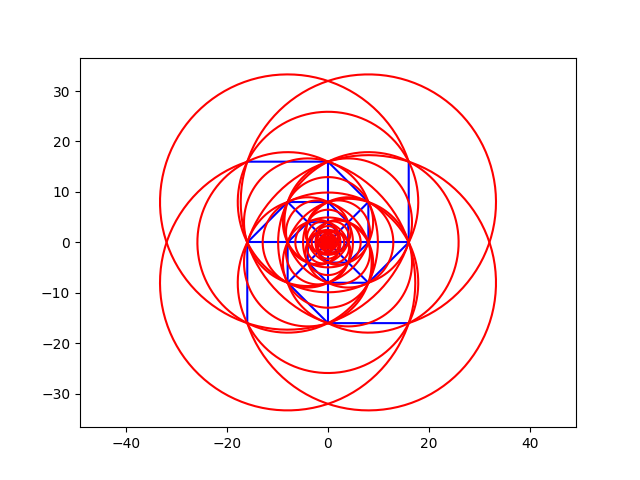
Repository: lbylzkx/Circle-Point-Manuscript
Script's output: python 卍.py
These files come from the project's save history. The script's output is drawn as it stood at one moment and after the next save; the edit follows.
Random numbers start from a fixed seed.

Above is the script's output before, as saved 2023-09-25 16:41:57.

### 卍.py
import numpy as np
import matplotlib.pyplot as plt
from arc import *
from 卍spiral import *


def x_position(n, thelta=0):
    return np.sqrt(2)**n*np.cos(n*np.pi/4+thelta)


def y_position(n, thelta=0):
    return np.sqrt(2)**n*np.sin(n*np.pi/4+thelta)


# axis
x_axis_1 = [x_position(8), x_position(8, thelta=np.pi)]
y_axis_1 = [y_position(8), y_position(8, thelta=np.pi)]
plt.plot(x_axis_1, y_axis_1, 'b')

x_axis_2 = [x_position(8, thelta=np.pi/2), x_position(8, thelta=3*np.pi/2)]
y_axis_2 = [y_position(8, thelta=np.pi/2), y_position(8, thelta=3*np.pi/2)]
plt.plot(x_axis_2, y_axis_2, 'b')

x_axis_3 = [x_position(7, thelta=0), x_position(7, thelta=np.pi)]
y_axis_3 = [y_position(7, thelta=0), y_position(7, thelta=np.pi)]
plt.plot(x_axis_3, y_axis_3, 'b')

x_axis_4 = [x_position(7, thelta=np.pi/2), x_position(7, thelta=3*np.pi/2)]
y_axis_4 = [y_position(7, thelta=np.pi/2), y_position(7, thelta=3*np.pi/2)]
plt.plot(x_axis_4, y_axis_4, 'b')
# axis

x1 = [x_position(i, thelta=0) for i in range(-10, 10)]
y1 = [y_position(i, thelta=0) for i in range(-10, 10)]
plt.plot(x1, y1, 'b')

x2 = [x_position(i, thelta=np.pi/2) for i in range(-10, 10)]
y2 = [y_position(i, thelta=np.pi/2) for i in range(-10, 10)]
plt.plot(x2, y2, 'b')

x3 = [x_position(i, thelta=np.pi) for i in range(-10, 10)]
y3 = [y_position(i, thelta=np.pi) for i in range(-10, 10)]
plt.plot(x3, y3, 'b')

x4 = [x_position(i, thelta=3*np.pi/2) for i in range(-10, 10)]
y4 = [y_position(i, thelta=3*np.pi/2) for i in range(-10, 10)]
plt.plot(x4, y4, 'b')

for alpha in range(0, 4):
    for n in range(-10, 9):
        arc((loutus_x_center(n, alpha*np.pi/2), loutus_y_center(n, alpha*np.pi/2)),
            (x_position(n, alpha*np.pi/2), y_position(n, alpha*np.pi/2)), (loutus_x_to(n, alpha*np.pi/2), loutus_y_to(n, alpha*np.pi/2)), 'r')


# arc((loutus_x_center_inverse(8), loutus_y_center_inverse(8)),
#     (loutus_x_from_inverse(8), loutus_y_from_inverse(8)), (loutus_x_to_inverse(8), loutus_y_to_inverse(8)), 'r')

# arc((-8, 8), (16, 0), (16, 16))

plt.axis('equal')
plt.show()

### arc.py
import matplotlib.pyplot as plt
import numpy as np
import sys
sys.path.append('C:/Userslbylzk/Documents/BaiduSyncdisk/Flowers')

""""""
# 从point2到point1的圆弧
""""""

# 顺时针


def arc(center, point1, point2, color='b'):
    # 计算端点到圆心的向量
    vector1 = np.array(point1) - np.array(center)
    vector2 = np.array(point2) - np.array(center)

    # 计算向量的模长
    r1 = np.linalg.norm(vector1)
    r2 = np.linalg.norm(vector2)

    # 计算向量之间的夹角
    theta1 = np.arctan2(vector1[1], vector1[0])
    theta2 = np.arctan2(vector2[1], vector2[0])

    # 确保 theta2 > theta1
    if theta1 < theta2:
        theta1 += 2 * np.pi

    # 计算圆弧上的点
    t = np.linspace(theta1, theta2, 100)
    x = center[0] + r1 * np.cos(t)
    y = center[1] + r1 * np.sin(t)

    # X,Y轴等长
    plt.axis('equal')
    # 绘制圆弧
    plt.plot(x, y, color)

# 逆时针


def arc_inverse(center, point1, point2, color='b'):
    # 计算端点到圆心的向量
    vector1 = np.array(point1) - np.array(center)
    vector2 = np.array(point2) - np.array(center)

    # 计算向量的模长
    r1 = np.linalg.norm(vector1)
    r2 = np.linalg.norm(vector2)

    # 计算向量之间的夹角
    theta1 = np.arctan2(vector1[1], vector1[0])
    theta2 = np.arctan2(vector2[1], vector2[0])

    # 确保 theta2 > theta1
    if theta2 < theta1:
        theta2 += 2 * np.pi

    # 计算圆弧上的点
    t = np.linspace(theta1, theta2, 100)
    x = center[0] + r1 * np.cos(t)
    y = center[1] + r1 * np.sin(t)

    # X,Y轴等长
    plt.axis('equal')
    # 绘制圆弧
    plt.plot(x, y, color)


# 示例
# arc((1, 1), (2, 1), (1, 0), 'r')
# arc((1, 1), (1, 0), (2, 1), 'r')
# arc_inverse((1, 1), (1, 0), (2, 1), 'g')
# plt.axis('equal')
# plt.show()

### 卍spiral.py
import numpy as np
import matplotlib.pyplot as plt
from arc import *


# The points of 卍 or lotus

# 正旋(右旋)
# center:
def loutus_x_center(n, thelta=0):
    return np.sqrt(2)**(n-1)*np.cos(n*np.pi/4+3*np.pi/4+thelta)


def loutus_y_center(n, thelta=0):
    return np.sqrt(2)**(n-1)*np.sin(n*np.pi/4+3*np.pi/4+thelta)


# from:
def x_position(n, thelta=0):
    return np.sqrt(2)**n*np.cos(n*np.pi/4+thelta)


def y_position(n, thelta=0):
    return np.sqrt(2)**n*np.sin(n*np.pi/4+thelta)

# to:


def loutus_x_to(n, thelta=0):
    return np.sqrt(2)**(n+1)*np.cos(n*np.pi/4+np.pi/4+thelta)


def loutus_y_to(n, thelta=0):
    return np.sqrt(2)**(n+1)*np.sin(n*np.pi/4+np.pi/4+thelta)

# 逆旋(左旋)
# center:


def loutus_x_center_inverse(n, thelta=0):
    return np.sqrt(2)**(n-1)*np.cos(n*np.pi/4+7*np.pi/4+thelta)


def loutus_y_center_inverse(n, thelta=0):
    return np.sqrt(2)**(n-1)*np.sin(n*np.pi/4+7*np.pi/4+thelta)


# from:
def loutus_x_from_inverse(n, thelta=0):
    return np.sqrt(2)**(n+1)*np.cos(n*np.pi/4+thelta)


def loutus_y_from_inverse(n, thelta=0):
    return np.sqrt(2)**(n+1)*np.sin(n*np.pi/4+thelta)


# to:


def loutus_x_to_inverse(n, thelta=0):
    return np.sqrt(2)**n*np.cos(n*np.pi/4+np.pi/2+thelta)


def loutus_y_to_inverse(n, thelta=0):
    return np.sqrt(2)**n*np.sin(n*np.pi/4+np.pi/2+thelta)


# for alpha in range(0, 4):
#     for n in range(-10, 9):
#         arc((loutus_x_center(n, alpha*np.pi/2), loutus_y_center(n, alpha*np.pi/2)),
#             (x_position(n, alpha*np.pi/2), y_position(n, alpha*np.pi/2)), (loutus_x_to(n, alpha*np.pi/2), loutus_y_to(n, alpha*np.pi/2)), 'r')
    # arc((loutus_x_center_inverse(n, alpha*np.pi/2), loutus_y_center_inverse(n, alpha*np.pi/2)),
    #     (x_position_inverse(n, alpha*np.pi/2), y_position_inverse(n, alpha*np.pi/2)), (loutus_x_to_inverse(n, alpha*np.pi/2), loutus_y_to_inverse(n, alpha*np.pi/2)), 'r')
# arc((loutus_x_center_inverse(8, alpha*np.pi/2), loutus_y_center_inverse(8, alpha*np.pi/2)),
#     (x_position_inverse(8, alpha*np.pi/2), y_position_inverse(8, alpha*np.pi/2)), (loutus_x_to_inverse(8, alpha*np.pi/2), loutus_y_to_inverse(8, alpha*np.pi/2)), 'r')
# plt.axis('equal')
# plt.show()

After the next save:
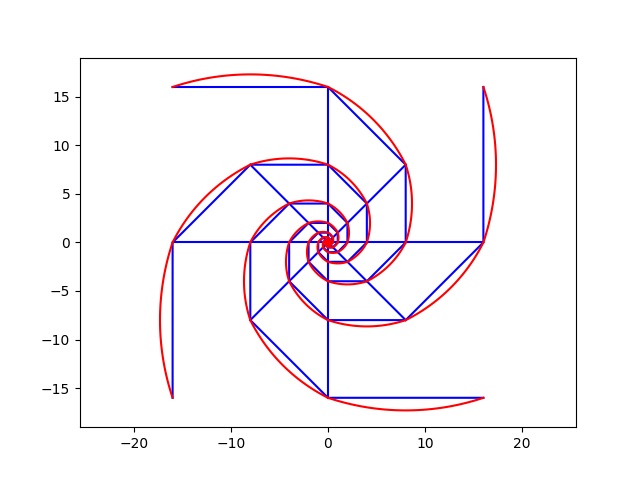
Saved 44 s later.
--- a/卍.py
+++ b/卍.py
@@ -48,8 +48,8 @@ plt.plot(x4, y4, 'b')
 
 for alpha in range(0, 4):
     for n in range(-10, 9):
-        arc((loutus_x_center(n, alpha*np.pi/2), loutus_y_center(n, alpha*np.pi/2)),
-            (x_position(n, alpha*np.pi/2), y_position(n, alpha*np.pi/2)), (loutus_x_to(n, alpha*np.pi/2), loutus_y_to(n, alpha*np.pi/2)), 'r')
+        arc_inverse((loutus_x_center(n, alpha*np.pi/2), loutus_y_center(n, alpha*np.pi/2)),
+                    (x_position(n, alpha*np.pi/2), y_position(n, alpha*np.pi/2)), (loutus_x_to(n, alpha*np.pi/2), loutus_y_to(n, alpha*np.pi/2)), 'r')
 
 
 # arc((loutus_x_center_inverse(8), loutus_y_center_inverse(8)),
